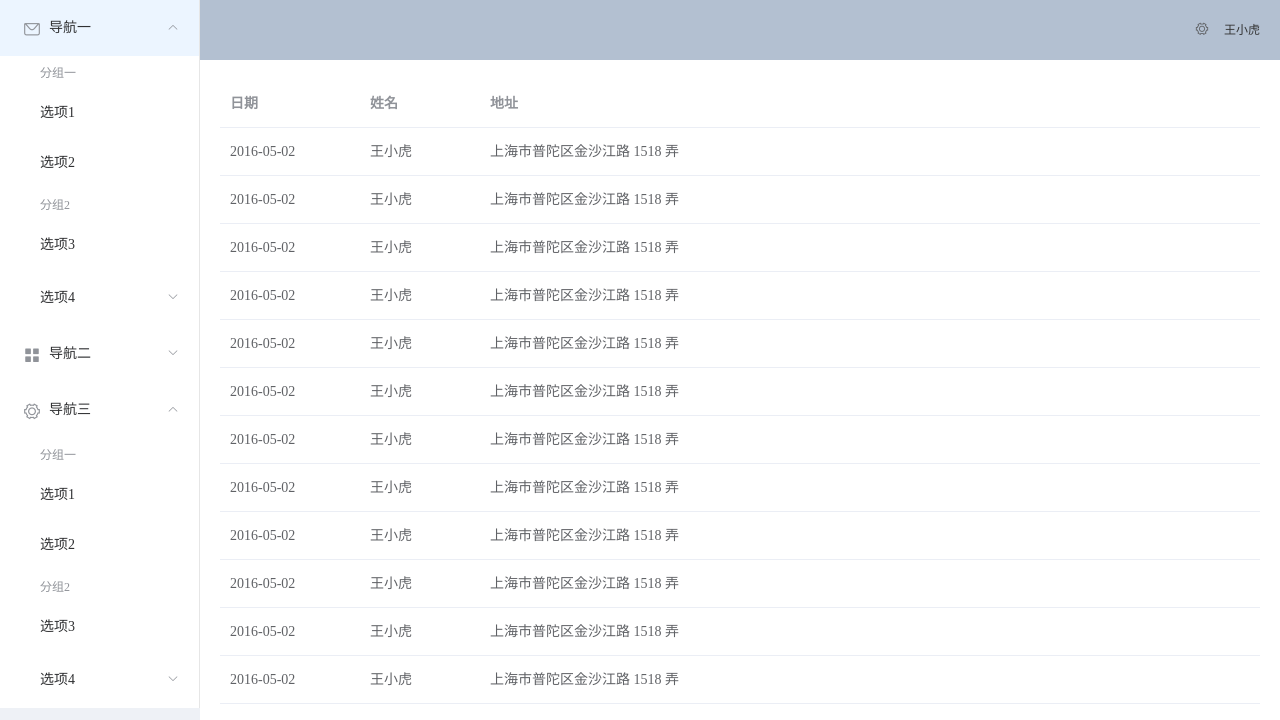
Repository: 2648121127/nodeStudy
Page: / (app in node-vue-rongyao/admin/)
An editor plug-in stored every save of this project. The page is shown before and after the next save, followed by the edit.
The browser window is 1280 px wide. The pictures show the whole page.
An inner scrolling area shows only its first screen. The project was rebuilt for these pictures with package versions that can differ from the ones it lists, and the page was loaded fresh each time.

Above is the page before, as saved 2020-01-03 14:57:51.

After the next save:
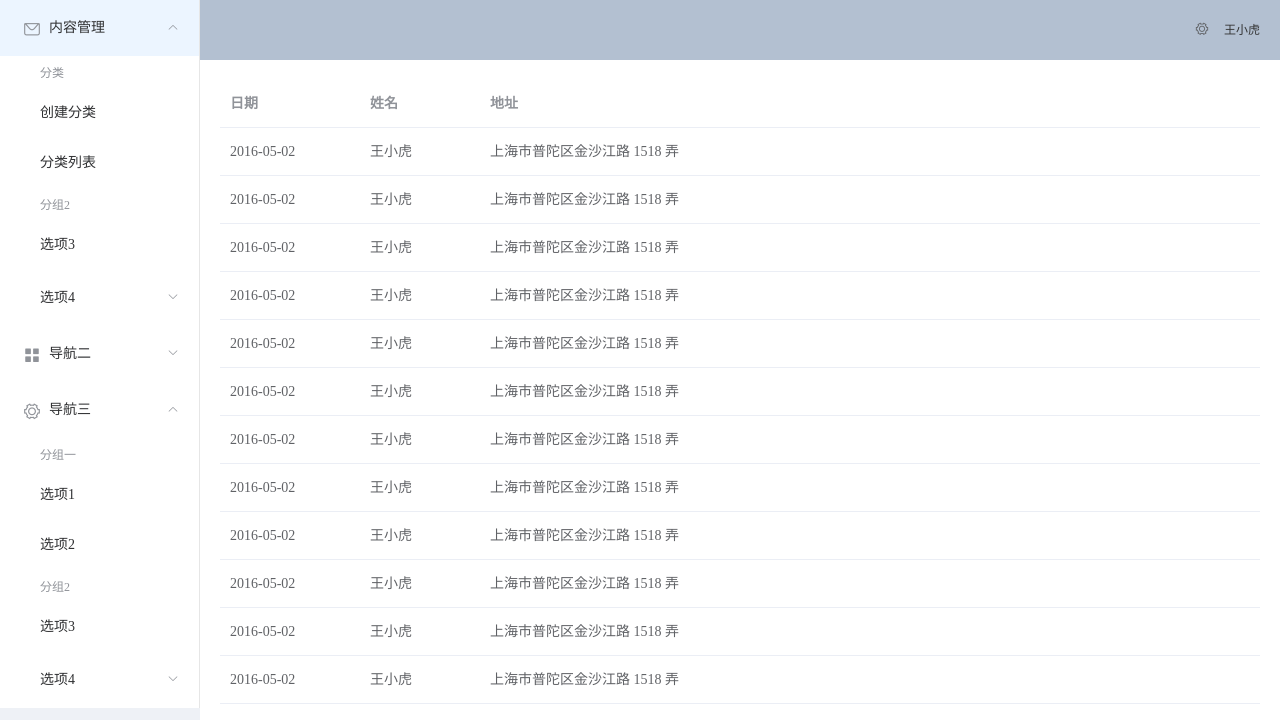
Saved 69 s later.
--- a/node-vue-rongyao/admin/src/views/Main.vue
+++ b/node-vue-rongyao/admin/src/views/Main.vue
@@ -1,13 +1,13 @@
 <template>
     <el-container style="height: 100vh;">
   <el-aside width="200px" style="background-color: rgb(238, 241, 246)">
-    <el-menu :default-openeds="['1', '3']">
+    <el-menu router :default-openeds="['1', '3']">
       <el-submenu index="1">
-        <template slot="title"><i class="el-icon-message"></i>导航一</template>
+        <template slot="title"><i class="el-icon-message"></i>内容管理</template>
         <el-menu-item-group>
-          <template slot="title">分组一</template>
-          <el-menu-item index="1-1">选项1</el-menu-item>
-          <el-menu-item index="1-2">选项2</el-menu-item>
+          <template slot="title">分类</template>
+          <el-menu-item index="1-1">创建分类</el-menu-item>
+          <el-menu-item index="1-2">分类列表</el-menu-item>
         </el-menu-item-group>
         <el-menu-item-group title="分组2">
           <el-menu-item index="1-3">选项3</el-menu-item>
